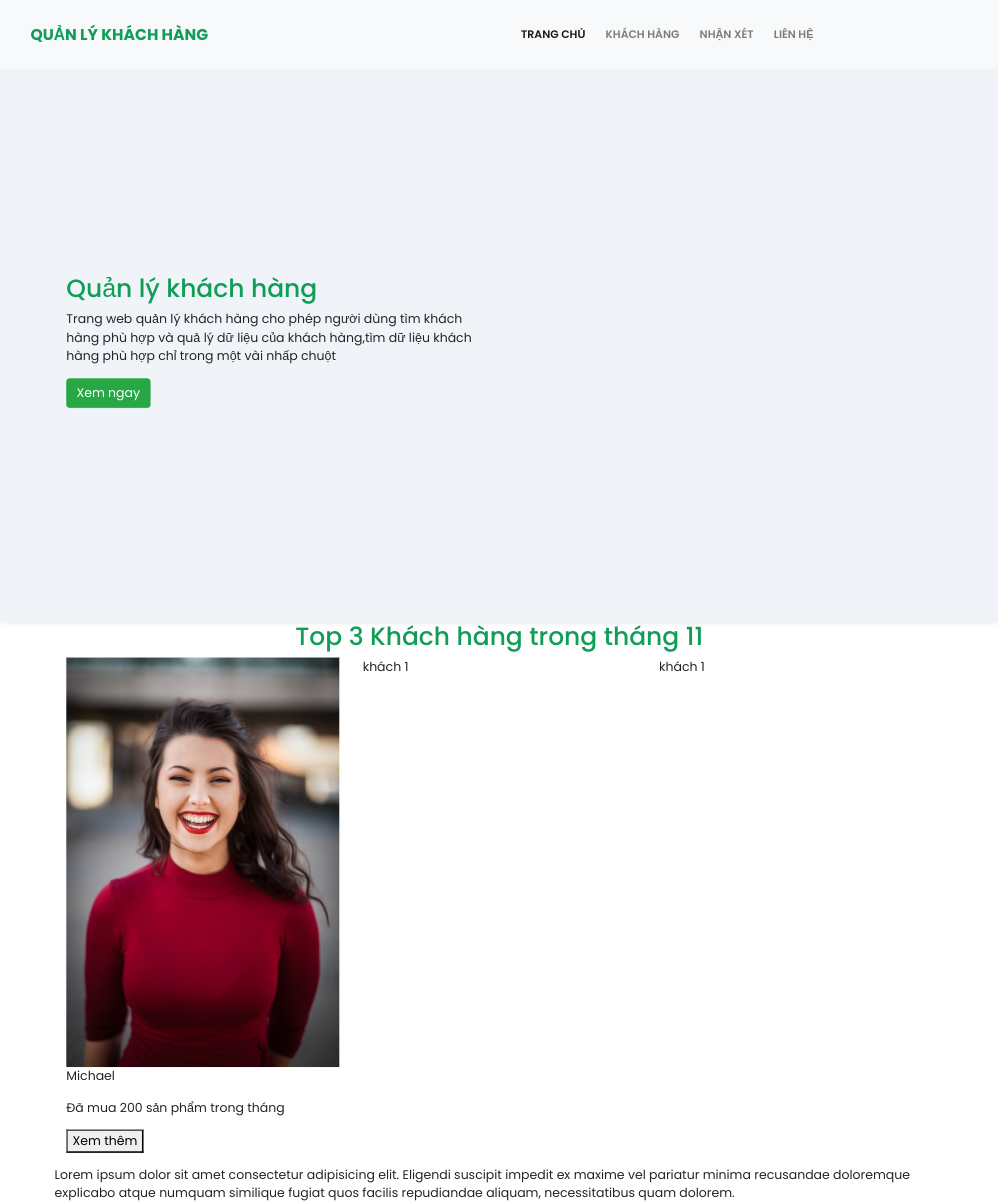
Repository: huutien1904/bt2-ltw
Page: index.html
These files come from the project's save history. The page is drawn as it stood at one moment and after the next save; the edit follows.
The browser window is 1280 px wide. The pictures show the whole page, at 78% of full size.

Above is the page before, as saved 2021-11-04 08:53:30.

After the next save:
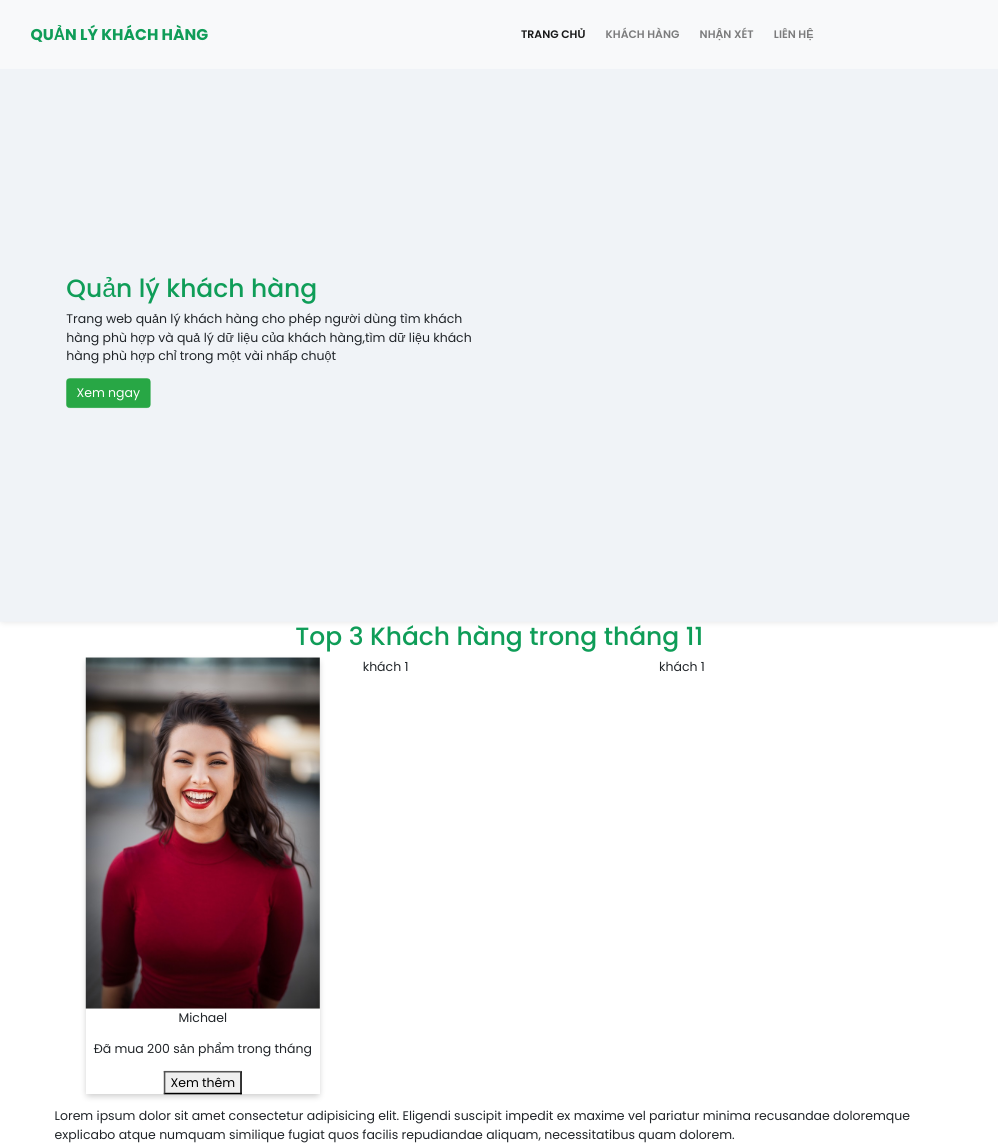
Saved 7 s later.
--- a/style.css
+++ b/style.css
@@ -59,7 +59,7 @@ body {
   background-color: var(--backgound-color);
   box-shadow: 0 2px 8px rgb(0 0 0 / 10%);
 }
-.card {
+.customer_top {
   box-shadow: 0 4px 8px 0 rgba(0, 0, 0, 0.2);
   max-width: 300px;
   margin: auto;
